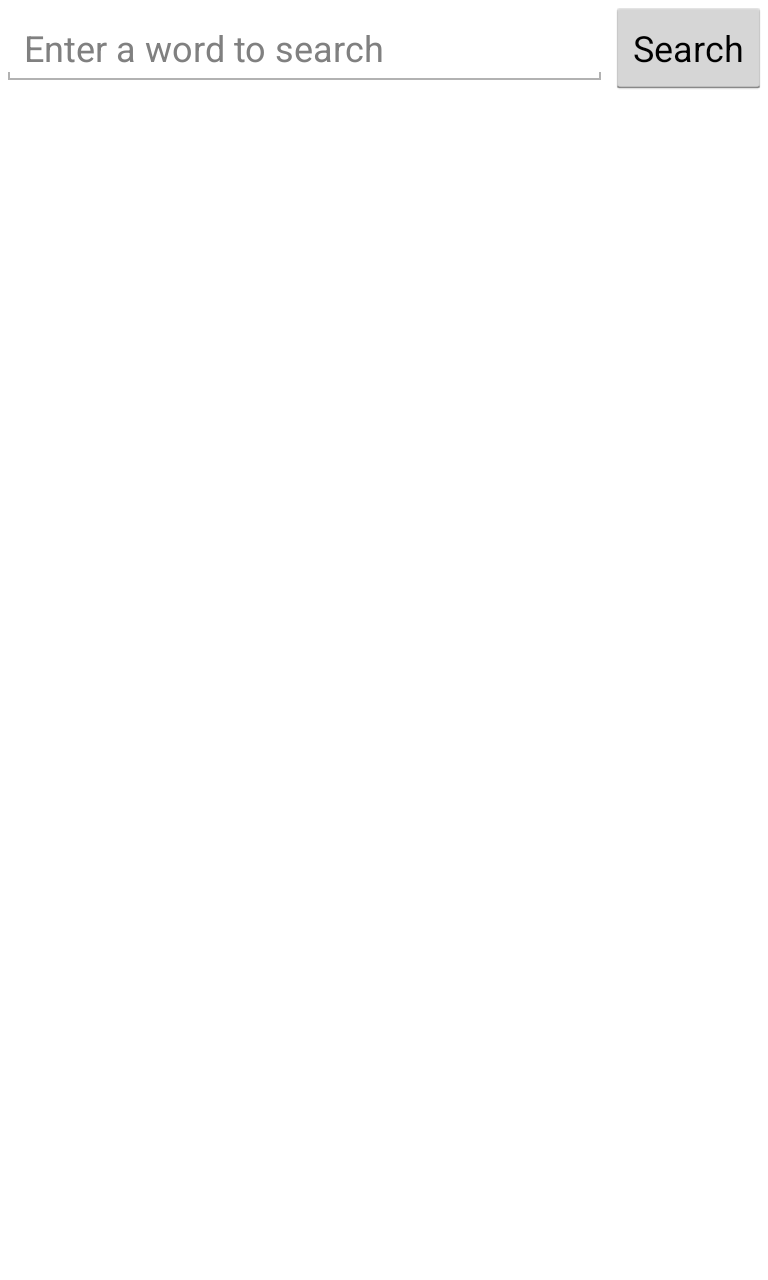
Repository: jasonzhao3/WordHunter
Layout: WordHunter/res/layout/activity_main.xml
These files come from the project's save history. The layout is drawn as it stood at one moment and after the next save; the edit follows.
It is drawn on a 768 x 1280 px phone screen (xhdpi) without system bars, with theme AppTheme; the app's code is not run.

Above is the layout before, as saved 2013-05-04 06:35:58.

### WordHunter/res/layout/activity_main.xml
<?xml version="1.0" encoding="utf-8"?>
<LinearLayout xmlns:android="http://schemas.android.com/apk/res/android"
    xmlns:tools="http://schemas.android.com/tools"
    android:layout_width="match_parent"
    android:layout_height="match_parent"
    android:orientation="horizontal">
    <EditText android:id="@+id/edit_message"
        android:layout_weight="1"
        android:layout_width="0dp"
        android:layout_height="wrap_content"
        android:hint="@string/edit_message" />
    <Button
        android:layout_width="wrap_content"
        android:layout_height="wrap_content"
        android:text="@string/button_search"
        android:onClick="searchWord" />
</LinearLayout>

### WordHunter/res/values/strings.xml
<?xml version="1.0" encoding="utf-8"?>
<resources>
    <string name="app_name">Word Hunter</string>
    <string name="edit_message">Enter a word to search</string>
    <string name="button_search">Search</string>
    <string name="button_scan">Start Scan</string>
    <string name="action_settings">Settings</string>
    <string name="title_activity_main">MainActivity</string>
    <string name="title_activity_confirm_search">Search Information</string>
</resources>

Loaded but not shown: WordHunter/res/values/styles.xml (common file); WordHunter/res/values-v11/styles.xml (common file); WordHunter/res/values-v14/styles.xml (common file); WordHunter/res/values/dimens.xml (common file)

After the next save:
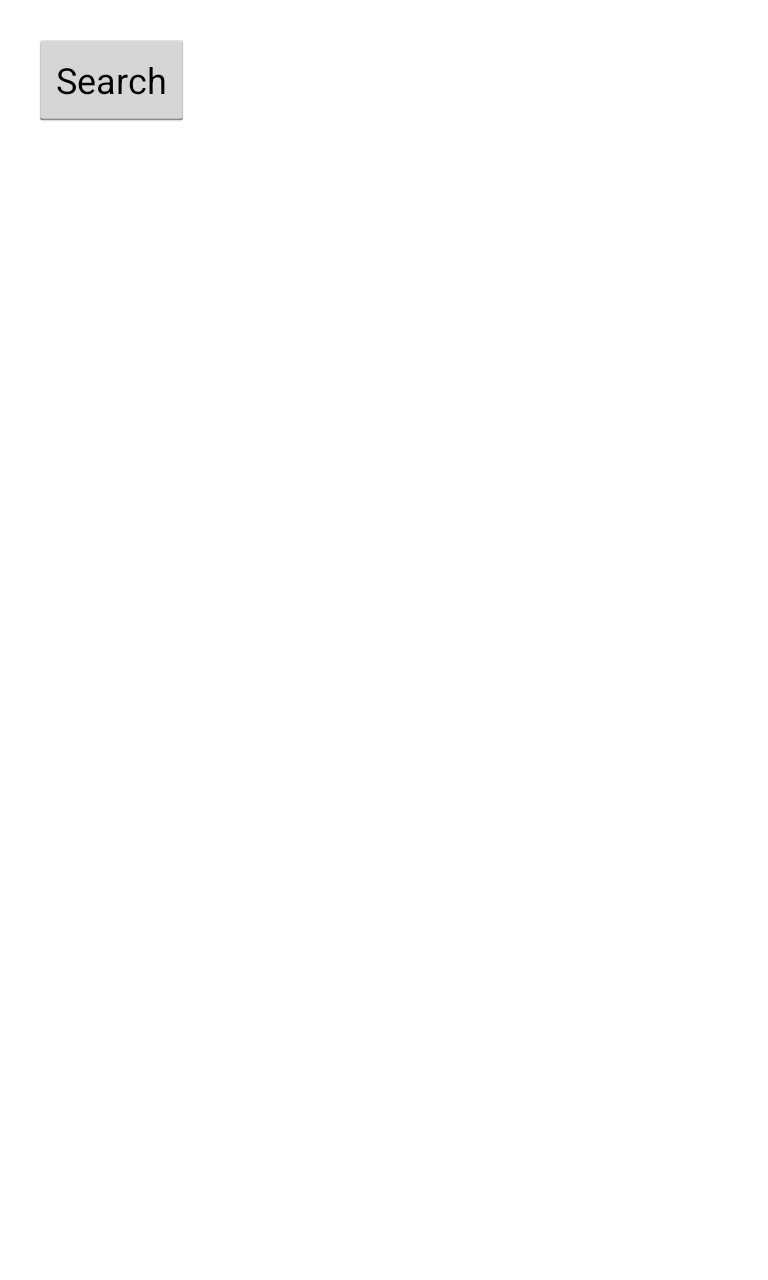
Saved 2 min 4 s later.
--- a/WordHunter/res/layout/activity_main.xml
+++ b/WordHunter/res/layout/activity_main.xml
@@ -1,9 +1,12 @@
 <?xml version="1.0" encoding="utf-8"?>
-<LinearLayout xmlns:android="http://schemas.android.com/apk/res/android"
+<RelativeLayout xmlns:android="http://schemas.android.com/apk/res/android"
     xmlns:tools="http://schemas.android.com/tools"
     android:layout_width="match_parent"
     android:layout_height="match_parent"
-    android:orientation="horizontal">
+    android:paddingBottom="@dimen/activity_vertical_margin"
+    android:paddingLeft="@dimen/activity_horizontal_margin"
+    android:paddingRight="@dimen/activity_horizontal_margin"
+    android:paddingTop="@dimen/activity_vertical_margin">
     <EditText android:id="@+id/edit_message"
         android:layout_weight="1"
         android:layout_width="0dp"
@@ -14,4 +17,4 @@
         android:layout_height="wrap_content"
         android:text="@string/button_search"
         android:onClick="searchWord" />
-</LinearLayout>
+</RelativeLayout>
